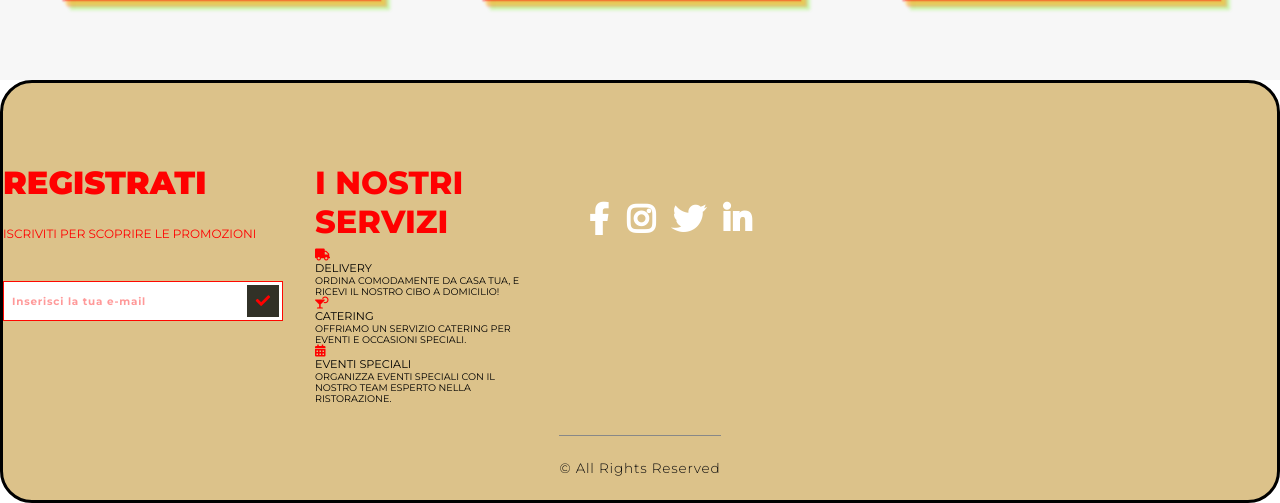
Repository: Probyte5D/ResponsiveFoodWebsite
Page: index.html
The author's editor kept a copy of each file at every save. The page is drawn from the files as they stood at one save, then again after the next save.
The browser window is 1280 px wide. The pictures show the part of the page from y = 2305 to 2808 px (the page is 2808 px tall before and 2725 px after).
Backgrounds fixed to the window are drawn as part of the page. Some web fonts or font styles are not loaded; a fallback is used.

Above is the page before, as saved 2025-04-06 19:49:25.

After the next save:
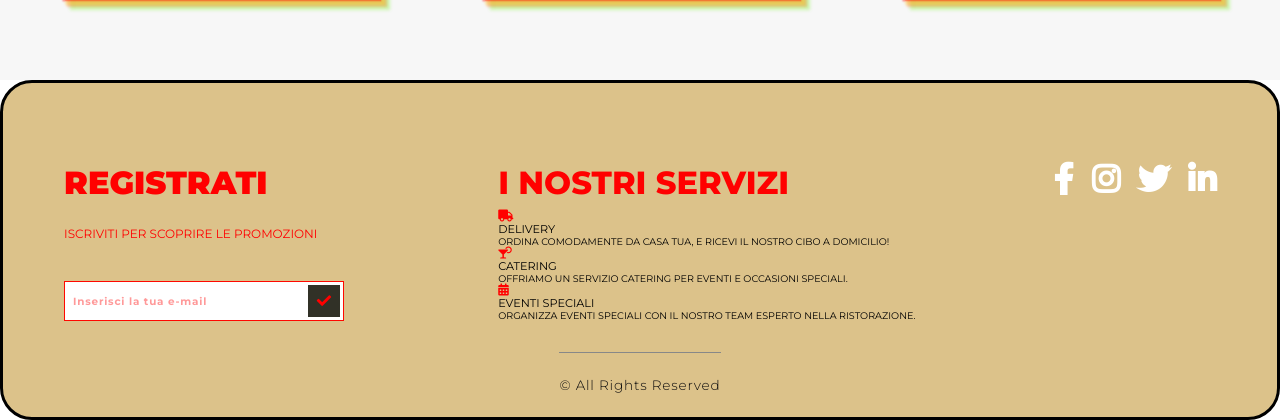
Saved 17 s later.
--- a/style.css
+++ b/style.css
@@ -557,9 +557,5 @@ padding-left: 2rem;
     height: auto;
     padding: 10rem 0 12rem 0;
   }
-  .footer-socials{
-    width: 100%;
-    height: 100%;
-    margin: 5rem;
-  }
-}
+
+}
